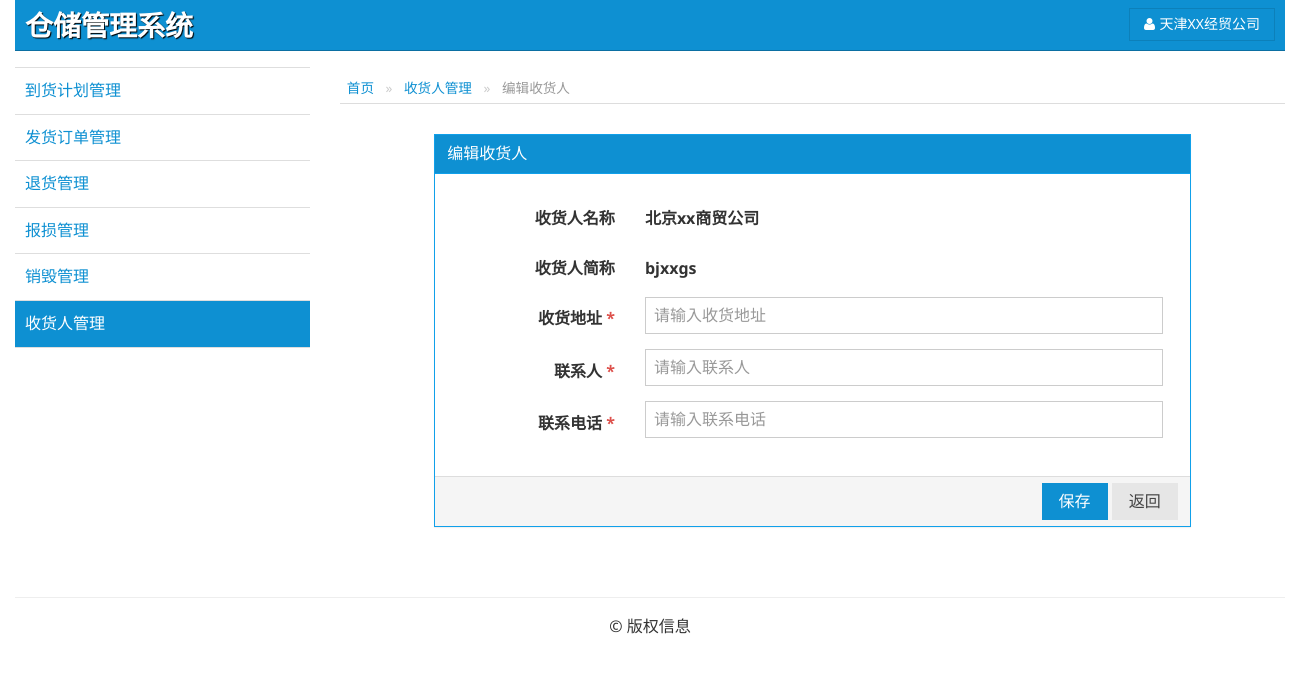
Repository: liuyouth/66
Page: http://localhost/syhz-web/WEB-INF/pages/recipient/edit.jsp
These files come from the project's save history. The page is drawn as it stood at one moment and after the next save; the edit follows.
The browser window is 1280 px wide. The page is 1300 px wide, so the pictures cover 1300 px, including what lies to the right of the window. The pictures show the whole page.
The page is served by Tomcat 9. Nobody is signed in. The template is opened directly, without the code that normally fills it, so the values that code supplies are empty.

Above is the page before, as saved 2016-07-04 08:16:02.

After the next save:
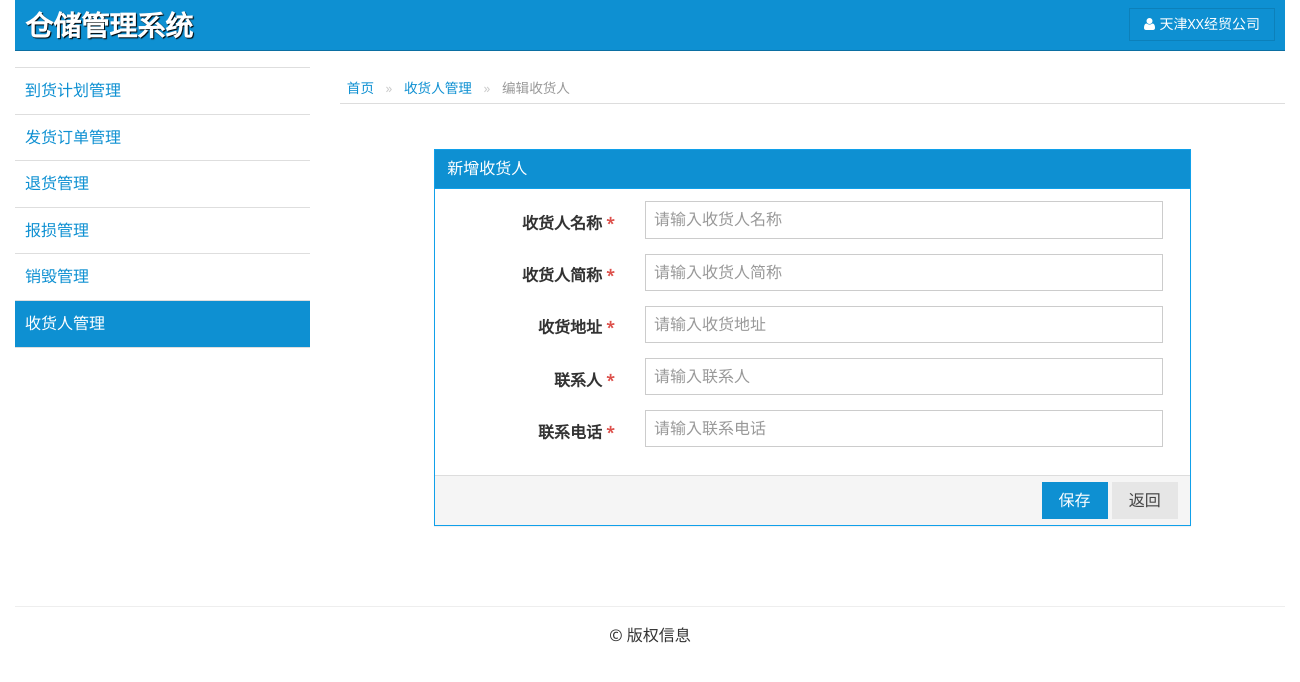
Saved 32 min 3 s later.
--- a/syhz-web/WebContent/WEB-INF/pages/recipient/edit.jsp
+++ b/syhz-web/WebContent/WEB-INF/pages/recipient/edit.jsp
@@ -24,62 +24,69 @@
 			<hr class="wm-hr">
 			<!-- context start -->
 			<div class="am-u-sm-10 am-u-sm-centered">
-				<div class="am-panel am-panel-primary wm-panel">
-					<div class="am-panel-hd">编辑收货人</div>
-					<div class="am-panel-bd">
-						<form id="editForm" class="am-form wm-form am-form-horizontal">
+				<form id="addForm" class="am-form wm-form am-form-horizontal" method="post" >
+					<div class="am-panel am-panel-primary wm-panel">
+						<div class="am-panel-hd">新增收货人</div>
+						<div class="am-panel-bd">
 							<div class="am-form-group">
-								<label class="am-u-sm-3 am-form-label">
-									收货人名称
+								<label class="am-u-sm-3 am-form-label"> 收货人名称<span
+									class="am-text-danger">&nbsp;*</span>
 								</label>
 								<div class="am-u-sm-9">
-									<label class="am-form-label">北京xx商贸公司</label>
+									<input type="text" name="recipientName" maxlength="50"
+										datatype="*" placeholder="请输入收货人名称">
 								</div>
 							</div>
 							<div class="am-form-group">
-								<label class="am-u-sm-3 am-form-label">
-									收货人简称
+								<label class="am-u-sm-3 am-form-label"> 收货人简称<span
+									class="am-text-danger">&nbsp;*</span>
 								</label>
 								<div class="am-u-sm-9">
-									<label class="am-form-label">bjxxgs</label>
+									<input type="text" name="recipientCode" maxlength="20"
+										datatype="*" placeholder="请输入收货人简称">
 								</div>
 							</div>
 							<div class="am-form-group">
-								<label class="am-u-sm-3 am-form-label">
-									收货地址<span class="am-text-danger">&nbsp;*</span>
+								<label class="am-u-sm-3 am-form-label"> 收货地址<span
+									class="am-text-danger">&nbsp;*</span>
 								</label>
 								<div class="am-u-sm-9">
-									<input type="text" placeholder="请输入收货地址">
+									<input type="text" name="recipientAddress" maxlength="100"
+										datatype="*" placeholder="请输入收货地址">
 								</div>
 							</div>
 							<div class="am-form-group">
-								<label class="am-u-sm-3 am-form-label">
-									联系人<span class="am-text-danger">&nbsp;*</span>
+								<label class="am-u-sm-3 am-form-label"> 联系人<span
+									class="am-text-danger">&nbsp;*</span>
 								</label>
 								<div class="am-u-sm-9">
-									<input type="text" placeholder="请输入联系人">
+									<input type="text" name="recipientContact" maxlength="20"
+										datatype="*" placeholder="请输入联系人">
 								</div>
 							</div>
 							<div class="am-form-group">
-								<label class="am-u-sm-3 am-form-label">
-									联系电话<span class="am-text-danger">&nbsp;*</span>
+								<label class="am-u-sm-3 am-form-label"> 联系电话<span
+									class="am-text-danger">&nbsp;*</span>
 								</label>
 								<div class="am-u-sm-9">
-									<input type="text" placeholder="请输入联系电话">
+									<input type="text" name="recipientContactPhone" maxlength="20"
+										datatype="*" placeholder="请输入联系电话">
 								</div>
 							</div>
-						</form>
+						</div>
+						<footer class="am-panel-footer">
+							<div class="am-g">
+								<label class="am-u-sm-3 am-form-label"></label>
+								<div class="am-u-sm-9" style="text-align: right;">
+									<button type="button" id="submitBtn"
+										class="am-btn am-btn-primary">保存</button>
+									<button type="button" class="am-btn am-btn-default"
+										onclick="javascript:history.back(-1);">返回</button>
+								</div>
+							</div>
+						</footer>
 					</div>
-					<footer class="am-panel-footer">
-						<div class="am-g">
-							<label class="am-u-sm-3 am-form-label"></label>
-							<div class="am-u-sm-9" style="text-align:right;">
-								<button type="button" class="am-btn am-btn-primary">保存</button>
-								<button type="button" class="am-btn am-btn-default" onclick="javascript:history.back(-1);">返回</button>
-							</div>
-						</div>
-					</footer>
-				</div>
+				</form>
 			</div>
 			<!-- context end -->
 		</div>
